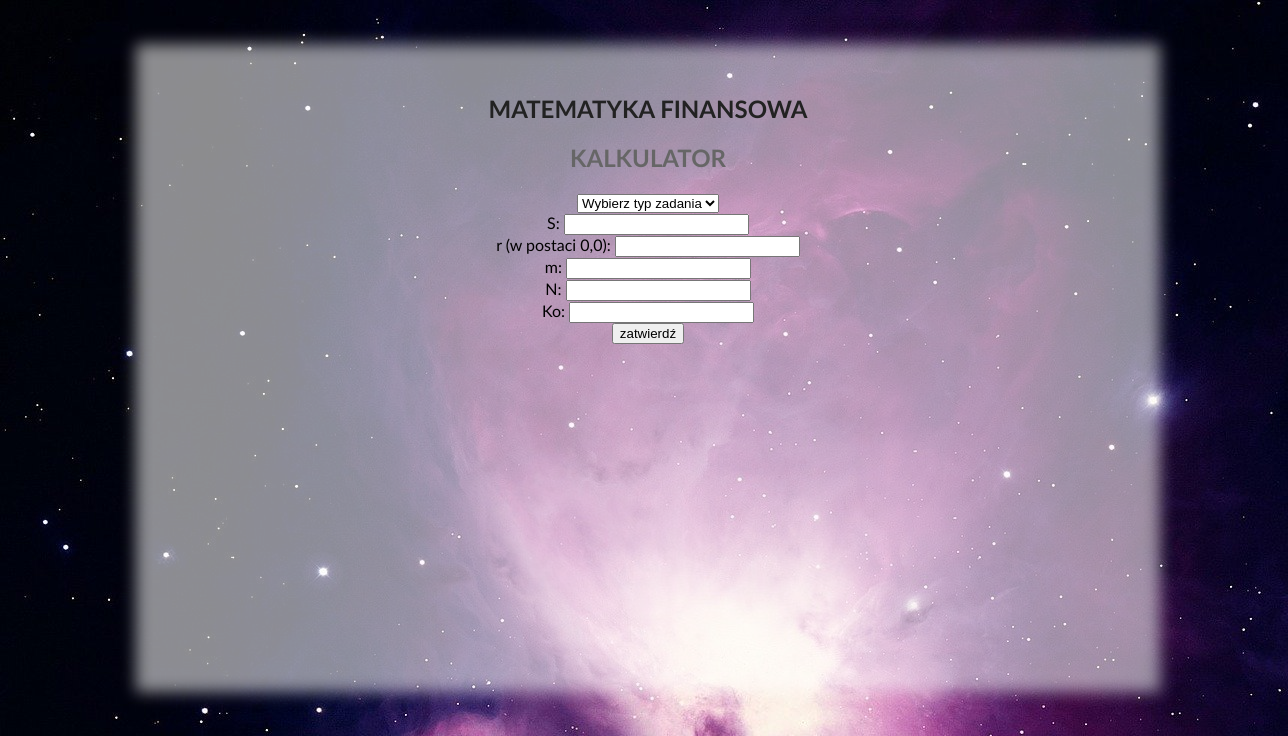
Repository: ravkita/MFCalc
Page: index.html
These files come from the project's save history. The page is drawn as it stood at one moment and after the next save; the edit follows.
The browser window is 1280 px wide. The page is 1288 px wide, so the pictures cover 1288 px, including what lies to the right of the window. The pictures show the whole page.

Above is the page before, as saved 2021-04-12 19:39:50.

### index.html
<!DOCTYPE html>
<html lang="en">
<head>
    <meta charset="UTF-8">
    <meta http-equiv="X-UA-Compatible" content="IE=edge">
    <meta name="viewport" content="width=device-width, initial-scale=1.0">
    <title>Kalkulator</title>

    <style type="text/css">
        body{
            font-family: 'Gill Sans', 'Gill Sans MT', Calibri, 'Trebuchet MS', sans-serif;
            background-image: url('bg.jpg');
            width: 100vw;
            height: 100vh;
            overflow: hidden;
            display: flex;
            justify-content: center;
            align-items: center;
        }
        .popout{
            width: 80%;
            height: 90vh;
            position: relative;
        }
        .popout .bg{
            width: 100%;
            height: 100%;
            background: rgba(255, 255, 255, 0.55);
            filter: blur(7.5px);
            position: absolute;
            top: 0;
            left: 0;
            z-index: -1;
        }
        .header{
            width: 100%;
            display: flex;
            flex-direction: column;
            justify-content: center;
            align-items: center;
        }
        .title{
            color: #222;
            margin-top: 50px;
            margin-bottom: 10px;
        }
        .subtitle{
            margin-top: 10px;
            color: #666666;
        }

        #form{
            display: flex;
            flex-direction: column;
            justify-content: center;
            align-items: center;
        }
    </style>
</head>
<body>
    <section class="popout">
        <div class="bg"></div>
        <header class="header">
            <h1 class="title">MATEMATYKA FINANSOWA</h1>
        <h2 class="subtitle">KALKULATOR</h2>
        </header>
        <form action="" id="form">
            <div class="formItem">
                <select name="type" id="typ">
                <option default>Wybierz typ zadania</option>
                <option value="1">zmienna rata</option>
                <option value="2">zmienne płatności</option>
                <option value="3">narastanie kapitału</option>
            </select>
            </div>
            <div class="formItem"><label for="S">S:</label> <input type="number" name="S" class="s"></div>
            <div class="formItem"><label for="r">r (w postaci 0,0):</label> <input type="number" name="r" class="r"></div>
            <div class="formItem"><label for="m">m:</label> <input type="number" name="m" class="m"></div>
            <div class="formItem"><label for="N">N:</label> <input type="number" name="N" class="N"></div>
            <div class="formItem"><label for="Ko">Ko:</label> <input type="number" name="Ko" class="Ko"></div>
            <input type="button" name="confirm" id="confirm" value="zatwierdź">
        </form>
        <div class="result">

        </div>
    </section>
    <script type="text/javascript">
        let s;
        let r;
        let m;
        let N;
        let q;
        let a;
        let Ko;
        let Sn = [];

        // RATY


        function rataStała(){
            const el = document.createElement("p");
            let t = s/(m*N);
            el.innerText = `T: ${t}`;
            document.querySelector('.result').appendChild(el);
        }
        function rataZmienna(){
            let tn = [];
            let sumaTn = 0;
                for(let i = 1; i<=N*m; i++){
                    const el = document.createElement("p");
                    tn[i-1] = s*((Math.pow(q, i) - Math.pow(q, i-1))/(Math.pow(q, m*N) - 1));
                    sumaTn += tn[i-1];
                    el.innerText = `T${i}: ${tn[i-1]}`;
                    document.querySelector('.result').appendChild(el);
                }
                const suma = document.createElement("p");
            suma.innerText = `Suma rat: ${sumaTn}`;
            document.querySelector('.result').appendChild(suma);
        }

        //KWOTA PŁATNOŚCI

        function kwotaPlatnosciStala(){
            const el = document.createElement("p");
            a = s*Math.pow(q, m*N)*((q-1)/(Math.pow(q, m*N)-1));
            el.innerText = `A: ${a}`;
            document.querySelector('.result').appendChild(el);
        }
        function kwotaPlatnosciZmienna(){
            for(let i = 1; i<=N*m; i++){
                const el = document.createElement("p");
                let an = (s/(N*m))*[1+((N*m)-i+1)*(r/m)];
                el.innerText = `A${i}: ${an}`;
                document.querySelector('.result').appendChild(el);
            }
        }

        // ODSETKI
        function odsetkiPrzyStalejRacie(){
            let sumaOs = 0;
            for(let i = 1; i<=N*m; i++){
                const el = document.createElement("p");
                let On = s*[1-((i-1)/(N*m))]*(r/m);
                sumaOs += On;
                el.innerText = `O${i}: ${On}`;
                document.querySelector('.result').appendChild(el);
            }
            const suma = document.createElement("p");
            suma.innerText = `Suma odsetek: ${sumaOs}`;
            document.querySelector('.result').appendChild(suma);
        }

        function odsetkiPrzyStalejKwocie(){
            saldoPrzyStałejKwocie();
            let On
            let sumaO = 0;
            for(let i = 1; i<=N*m; i++){
                const el = document.createElement("p");
                if(i === 1){
                     On = s*(r/m);
                     sumaO += On;
                }else{
                     On = Sn[i-2]*(r/m);
                     sumaO += On;
                }

                el.innerText = `O${i}: ${On}`;
                document.querySelector('.result').appendChild(el);
            }
            const suma = document.createElement("p");
            suma.innerText = `Suma odsetek: ${sumaO}`;
            document.querySelector('.result').appendChild(suma);
        }


        //SALDO
        function saldoPrzyStałejKwocie(){
            kwotaPlatnosciStala();
            for(let i = 1; i<=N*m; i++){
                const el = document.createElement("p");
                Sn[i-1] = s*(Math.pow((1+(r/m)), i)) - a*((Math.pow((1+(r/m)), i)-1)/((1+(r/m))-1));
                el.innerText = `S${i}: ${Sn[i-1]}`;
                document.querySelector('.result').appendChild(el);
            }
        }

        function saldoPrzyStałejRacie(){
            for(let i = 1; i<=N*m; i++){
                const el = document.createElement("p");
                let SnS = s*(1-(i/(N*m)));
                el.innerText = `S${i}: ${SnS}`;
                document.querySelector('.result').appendChild(el);
            }
        }


        //NARASTANIE KAPITAŁU

        function narastanieKapitału(){
            for(let i = 1; i<=N; i++){
                const el = document.createElement("p");
                let Kn = Ko*(Math.pow((1+(r/m)), i*m));
                el.innerText = `K${i}: ${Kn}`;
                document.querySelector('.result').appendChild(el);
            }
        }



        function getData(){
            document.getElementById('confirm').addEventListener('click', (e) =>{
                s = document.querySelector('.s').value;
                r = document.querySelector('.r').value;
                m = document.querySelector('.m').value;
                N = document.querySelector('.N').value;
                Ko = document.querySelector('.Ko').value;
                q = 1+(r/m);
                let type = document.querySelector('#typ').value;
                document.querySelector('.result').innerHTML="";

                switch (type){
                    case "1":
                    rataZmienna();
                    kwotaPlatnosciStala();
                    odsetkiPrzyStalejKwocie()
                    break;
                    case "2":
                    rataStała();
                    kwotaPlatnosciZmienna();
                    odsetkiPrzyStalejRacie();
                    saldoPrzyStałejRacie();
                    break;
                    case "3":
                    narastanieKapitału();
                }
            });
        }
        getData();
    </script>
</body>
</html>

After the next save:
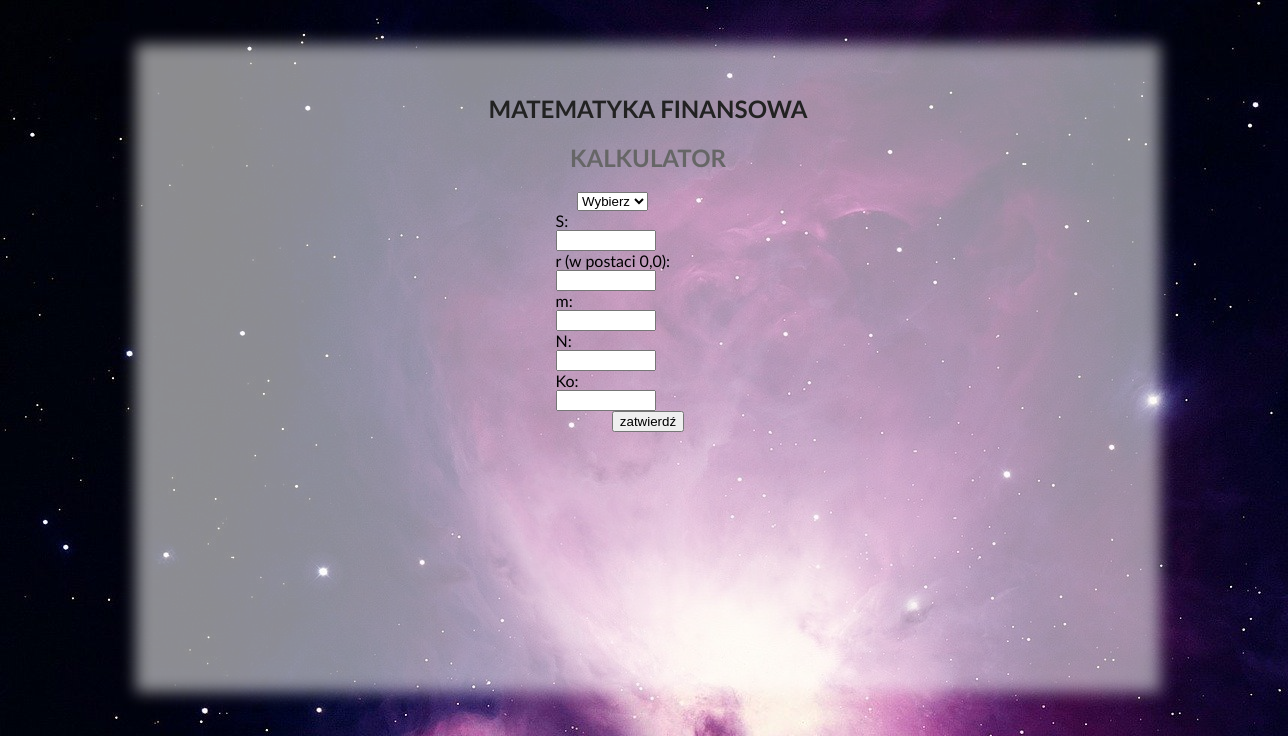
Saved 93 s later.
--- a/index.html
+++ b/index.html
@@ -54,6 +54,15 @@
             flex-direction: column;
             justify-content: center;
             align-items: center;
+        }
+        .formItem{
+            display: flex;
+            justify-content: flex-start;
+            align-items: flex-start;
+            flex-direction: column;
+        }
+        select, input[type="number"]{
+            width: 50%;
         }
     </style>
 </head>
